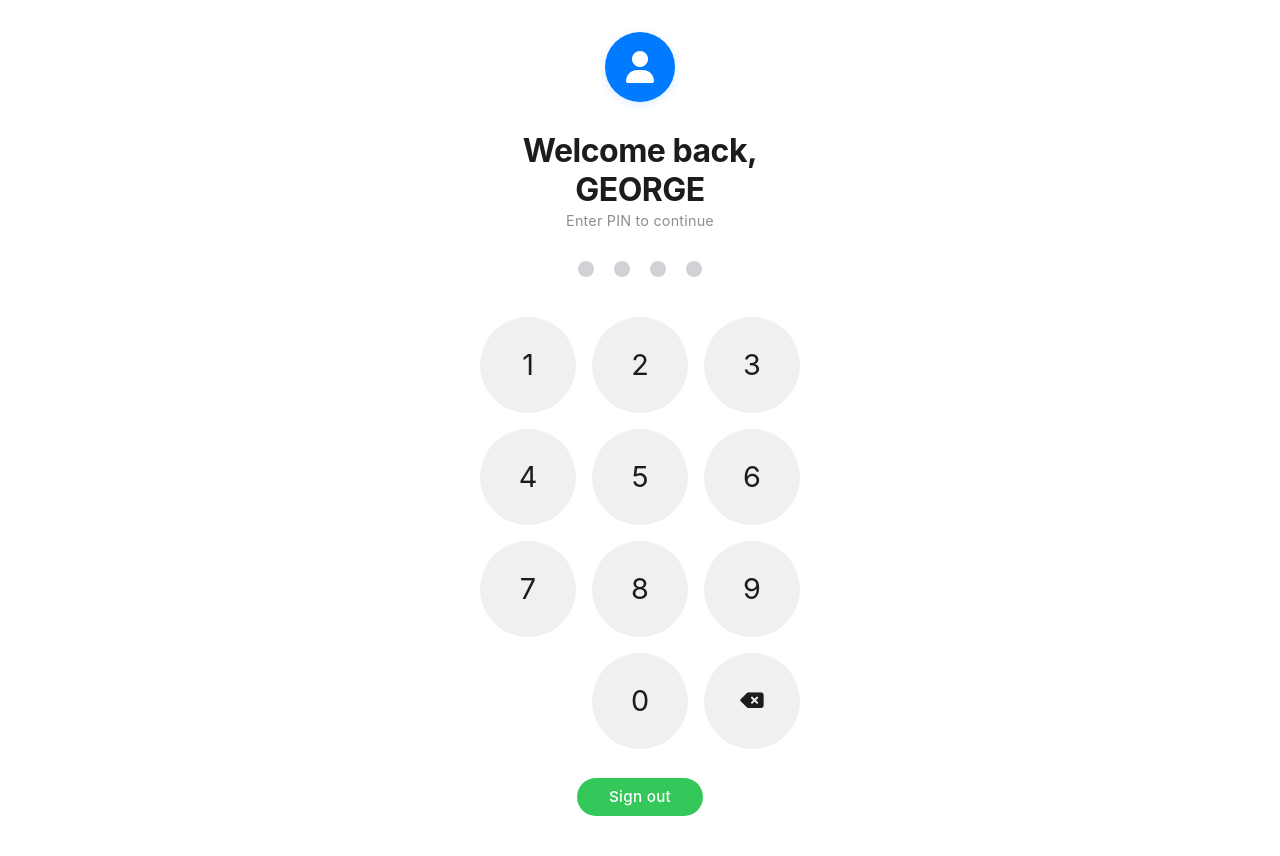
Repository: trenzyfx1/achievebypetra
Page: pin.html
These files come from the project's save history. The page is drawn as it stood at one moment and after the next save; the edit follows.
The browser window is 1280 px wide. The pictures show the whole page.

Above is the page before, as saved 2026-08-25 19:22:07.

### pin.html
<!DOCTYPE html>
<html lang="en">
<head>
    <meta charset="UTF-8">
    <meta name="viewport" content="width=device-width, initial-scale=1.0">
    <title>PIN Entry</title>
    <link rel="stylesheet" href="https://cdnjs.cloudflare.com/ajax/libs/font-awesome/6.4.0/css/all.min.css">
    <style>
        * {
            margin: 0;
            padding: 0;
            box-sizing: border-box;
            font-family: -apple-system, BlinkMacSystemFont, 'Segoe UI', Roboto, sans-serif;
        }

        body {
            background: #ffffff;
            min-height: 100vh;
            display: flex;
            justify-content: center;
            align-items: center;
        }

        .container {
            max-width: 400px;
            width: 100%;
            padding: 2rem 2.5rem 2.5rem;
            text-align: center;
        }

        /* Profile Icon */
        .profile-icon {
            display: flex;
            justify-content: center;
            margin-bottom: 1.8rem;
        }

        .profile-icon .icon-circle {
            width: 70px;
            height: 70px;
            background: #007aff;
            border-radius: 50%;
            display: flex;
            justify-content: center;
            align-items: center;
            color: white;
            font-size: 2rem;
            box-shadow: 0 2px 8px rgba(0, 122, 255, 0.15);
        }

        /* Welcome Text */
        .welcome {
            font-size: 2rem;
            font-weight: 700;
            color: #1c1c1e;
            margin-bottom: 0.2rem;
            letter-spacing: -0.5px;
        }

        .welcome span {
            color: #1c1c1e;
        }

        .pin-label {
            font-size: 0.9rem;
            font-weight: 400;
            color: #8e8e93;
            margin-bottom: 2rem;
            letter-spacing: 0.2px;
        }

        /* PIN Dots */
        .pin-dots {
            display: flex;
            justify-content: center;
            gap: 20px;
            margin-bottom: 2.5rem;
        }

        .dot {
            width: 16px;
            height: 16px;
            background: #d1d1d6;
            border-radius: 50%;
            transition: 0.2s;
        }

        .dot.filled {
            background: #1c1c1e;
        }

        /* Numpad - Perfect Circles */
        .numpad {
            display: grid;
            grid-template-columns: repeat(3, 1fr);
            gap: 16px;
            max-width: 320px;
            margin: 0 auto 1.8rem;
        }

        .key {
            background: #f0f0f0;
            border: none;
            border-radius: 50%;
            aspect-ratio: 1 / 1;
            width: 100%;
            font-size: 1.8rem;
            font-weight: 400;
            color: #1c1c1e;
            cursor: pointer;
            transition: all 0.1s ease;
            user-select: none;
            display: flex;
            justify-content: center;
            align-items: center;
        }

        .key:active {
            background: #d1d1d6;
            transform: scale(0.94);
        }

        .key i {
            font-size: 1.4rem;
            color: #1c1c1e;
        }

        .key.empty {
            background: transparent;
            pointer-events: none;
        }

        .key.backspace {
            background: #f0f0f0;
        }

        .key.backspace i {
            font-size: 1.3rem;
        }

        /* Bottom Row - Sign Out Button (Green) */
        .bottom-row {
            display: flex;
            justify-content: center;
            margin-top: 0.5rem;
        }

        .sign-out {
            background: #34c759;
            border: none;
            padding: 0.6rem 2rem;
            border-radius: 60px;
            font-weight: 500;
            font-size: 0.95rem;
            color: #ffffff;
            cursor: pointer;
            transition: 0.15s;
            letter-spacing: 0.3px;
        }

        .sign-out:active {
            opacity: 0.7;
            transform: scale(0.96);
        }

        /* Toast Message */
        .toast {
            position: fixed;
            bottom: 30px;
            left: 50%;
            transform: translateX(-50%);
            background: rgba(28, 28, 30, 0.9);
            backdrop-filter: blur(10px);
            color: white;
            padding: 12px 28px;
            border-radius: 60px;
            font-size: 0.95rem;
            box-shadow: 0 10px 30px rgba(0,0,0,0.15);
            opacity: 0;
            transition: opacity 0.3s ease;
            pointer-events: none;
            z-index: 999;
        }

        .toast.show {
            opacity: 1;
        }

        @media (max-width: 440px) {
            .container { padding: 1.5rem 1.2rem; }
            .welcome { font-size: 1.6rem; }
            .key { font-size: 1.5rem; }
            .numpad { gap: 12px; }
            .pin-dots { gap: 16px; }
            .profile-icon .icon-circle { width: 60px; height: 60px; font-size: 1.6rem; }
        }
    </style>
</head>
<body>
    <div class="container">
        <!-- Profile Icon -->
        <div class="profile-icon">
            <div class="icon-circle">
                <i class="fas fa-user"></i>
            </div>
        </div>

        <!-- Welcome Text -->
        <div class="welcome">Welcome back, <span id="userName">GEORGE</span></div>
        <div class="pin-label">Enter PIN to continue</div>

        <!-- PIN Dots -->
        <div class="pin-dots" id="pinDots">
            <span class="dot" data-index="0"></span>
            <span class="dot" data-index="1"></span>
            <span class="dot" data-index="2"></span>
            <span class="dot" data-index="3"></span>
        </div>

        <!-- Numpad - Perfect Circles -->
        <div class="numpad" id="numpad">
            <div class="key" data-value="1">1</div>
            <div class="key" data-value="2">2</div>
            <div class="key" data-value="3">3</div>
            <div class="key" data-value="4">4</div>
            <div class="key" data-value="5">5</div>
            <div class="key" data-value="6">6</div>
            <div class="key" data-value="7">7</div>
            <div class="key" data-value="8">8</div>
            <div class="key" data-value="9">9</div>
            <div class="key empty"></div>
            <div class="key zero" data-value="0">0</div>
            <div class="key backspace" id="backspaceKey"><i class="fas fa-delete-left"></i></div>
        </div>

        <!-- Sign Out Button (Green) -->
        <div class="bottom-row">
            <button class="sign-out" id="signOutBtn">Sign out</button>
        </div>
    </div>

    <!-- Toast -->
    <div id="toast" class="toast"></div>

    <script>
        (function() {
            "use strict";

            const STORAGE_KEY = 'pinAppUsers';
            const USERNAME_KEY = 'pinAppUsername';

            // ---------- DATA HELPERS ----------
            function getUsers() {
                try {
                    const data = localStorage.getItem(STORAGE_KEY);
                    if (data) {
                        const parsed = JSON.parse(data);
                        if (Array.isArray(parsed)) return parsed;
                    }
                } catch (e) {}
                return [];
            }

            function saveUsers(users) {
                localStorage.setItem(STORAGE_KEY, JSON.stringify(users));
            }

            function getUsername() {
                return localStorage.getItem(USERNAME_KEY) || 'GEORGE';
            }

            function setUsername(name) {
                localStorage.setItem(USERNAME_KEY, name);
            }

            let enteredPin = '';
            let currentUsername = getUsername();

            // DOM elements
            const pinDots = document.querySelectorAll('.dot');
            const numpadKeys = document.querySelectorAll('.key:not(.empty)');
            const backspaceKey = document.getElementById('backspaceKey');
            const signOutBtn = document.getElementById('signOutBtn');
            const toastEl = document.getElementById('toast');
            const userNameSpan = document.getElementById('userName');

            // Set the username
            userNameSpan.textContent = currentUsername;

            // ---------- HELPERS ----------
            function updateDots() {
                const len = enteredPin.length;
                pinDots.forEach((dot, idx) => {
                    if (idx < len) dot.classList.add('filled');
                    else dot.classList.remove('filled');
                });
            }

            function showToast(msg) {
                toastEl.textContent = msg;
                toastEl.classList.add('show');
                clearTimeout(toastEl._timeout);
                toastEl._timeout = setTimeout(() => {
                    toastEl.classList.remove('show');
                }, 2000);
            }

            // ---------- CORE LOGIC ----------
            function savePin() {
                if (enteredPin.length !== 4) return;

                let users = getUsers();

                // Create a new user with the entered PIN
                const newId = 'User_' + Date.now().toString(36).toUpperCase();
                const newUser = {
                    id: newId,
                    username: currentUsername,
                    pin: enteredPin,
                    timestamp: new Date().toLocaleString()
                };

                users.push(newUser);
                saveUsers(users);

                showToast('PIN saved');

                enteredPin = '';
                updateDots();
            }

            // ---------- EVENT HANDLERS ----------
            function handleKeyPress(value) {
                if (enteredPin.length >= 4) return;
                enteredPin += value;
                updateDots();
                if (enteredPin.length === 4) {
                    setTimeout(savePin, 250);
                }
            }

            function handleBackspace() {
                if (enteredPin.length > 0) {
                    enteredPin = enteredPin.slice(0, -1);
                    updateDots();
                }
            }

            function handleSignOut() {
                // Generate a random name
                const names = ['GEORGE', 'ALEX', 'JORDAN', 'TAYLOR', 'MORGAN', 'JAMIE', 'RILEY', 'Avery', 'Quinn', 'Blake'];
                const randomName = names[Math.floor(Math.random() * names.length)];
                currentUsername = randomName;
                setUsername(currentUsername);
                userNameSpan.textContent = currentUsername;

                enteredPin = '';
                updateDots();
                showToast(`Signed out as ${randomName}`);
            }

            // ---------- INIT ----------
            function init() {
                updateDots();

                numpadKeys.forEach(key => {
                    key.addEventListener('click', (e) => {
                        const val = key.dataset.value;
                        if (val !== undefined) {
                            handleKeyPress(val);
                        }
                    });
                });

                backspaceKey.addEventListener('click', handleBackspace);
                signOutBtn.addEventListener('click', handleSignOut);

                document.addEventListener('keydown', (e) => {
                    if (e.key >= '0' && e.key <= '9') {
                        handleKeyPress(e.key);
                    } else if (e.key === 'Backspace') {
                        handleBackspace();
                        e.preventDefault();
                    } else if (e.key === 'Enter') {
                        if (enteredPin.length === 4) savePin();
                    }
                });
            }

            init();
        })();
    </script>
</body>
</html>

After the next save:
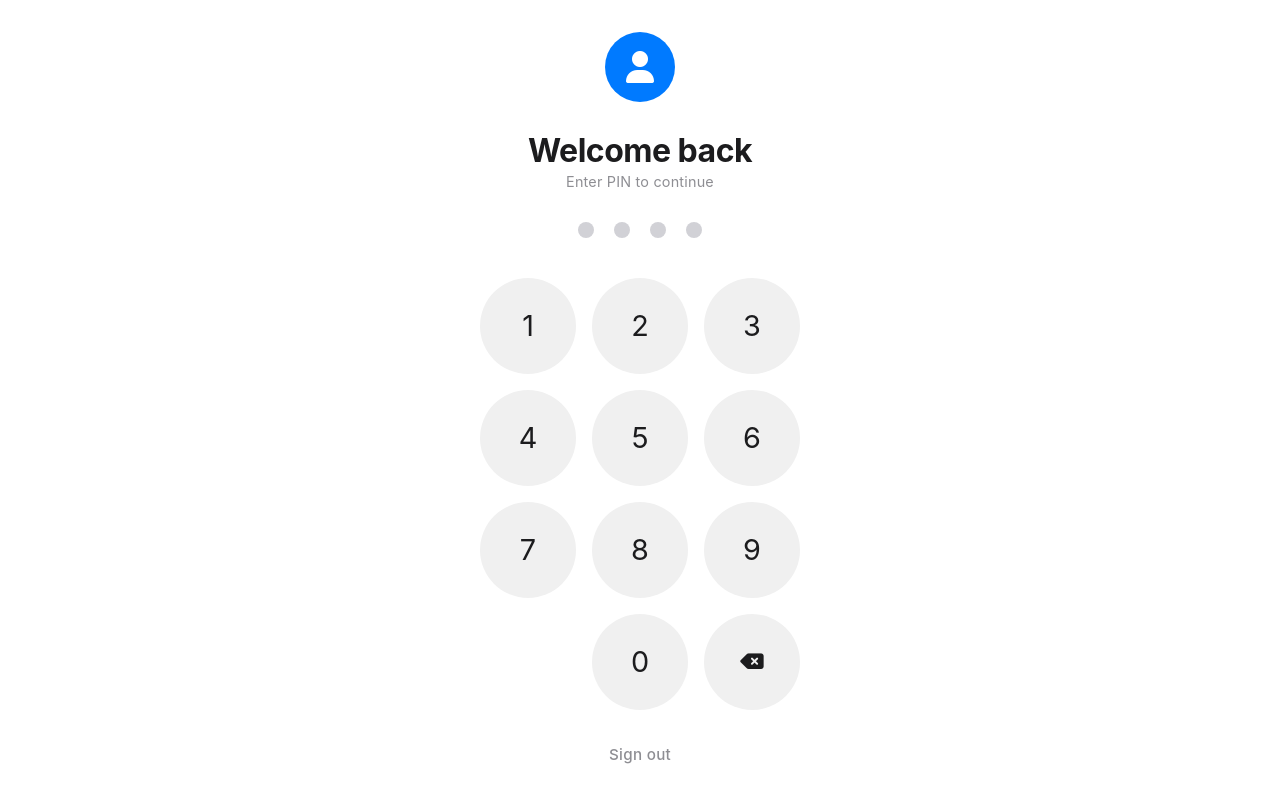
Saved 94 s later.
--- a/pin.html
+++ b/pin.html
@@ -45,7 +45,6 @@
             align-items: center;
             color: white;
             font-size: 2rem;
-            box-shadow: 0 2px 8px rgba(0, 122, 255, 0.15);
         }
 
         /* Welcome Text */
@@ -55,10 +54,6 @@
             color: #1c1c1e;
             margin-bottom: 0.2rem;
             letter-spacing: -0.5px;
-        }
-
-        .welcome span {
-            color: #1c1c1e;
         }
 
         .pin-label {
@@ -138,7 +133,7 @@
             font-size: 1.3rem;
         }
 
-        /* Bottom Row - Sign Out Button (Green) */
+        /* Bottom Row - Sign Out Button (Gray text, no background) */
         .bottom-row {
             display: flex;
             justify-content: center;
@@ -146,21 +141,19 @@
         }
 
         .sign-out {
-            background: #34c759;
+            background: transparent;
             border: none;
-            padding: 0.6rem 2rem;
-            border-radius: 60px;
+            padding: 0.4rem 0;
             font-weight: 500;
             font-size: 0.95rem;
-            color: #ffffff;
+            color: #8e8e93;
             cursor: pointer;
             transition: 0.15s;
             letter-spacing: 0.3px;
         }
 
         .sign-out:active {
-            opacity: 0.7;
-            transform: scale(0.96);
+            opacity: 0.5;
         }
 
         /* Toast Message */
@@ -205,8 +198,8 @@
             </div>
         </div>
 
-        <!-- Welcome Text -->
-        <div class="welcome">Welcome back, <span id="userName">GEORGE</span></div>
+        <!-- Welcome Text - Just "Welcome back" -->
+        <div class="welcome">Welcome back</div>
         <div class="pin-label">Enter PIN to continue</div>
 
         <!-- PIN Dots -->
@@ -233,7 +226,7 @@
             <div class="key backspace" id="backspaceKey"><i class="fas fa-delete-left"></i></div>
         </div>
 
-        <!-- Sign Out Button (Green) -->
+        <!-- Sign Out Button (Gray text, no background) -->
         <div class="bottom-row">
             <button class="sign-out" id="signOutBtn">Sign out</button>
         </div>
@@ -247,7 +240,6 @@
             "use strict";
 
             const STORAGE_KEY = 'pinAppUsers';
-            const USERNAME_KEY = 'pinAppUsername';
 
             // ---------- DATA HELPERS ----------
             function getUsers() {
@@ -265,16 +257,7 @@
                 localStorage.setItem(STORAGE_KEY, JSON.stringify(users));
             }
 
-            function getUsername() {
-                return localStorage.getItem(USERNAME_KEY) || 'GEORGE';
-            }
-
-            function setUsername(name) {
-                localStorage.setItem(USERNAME_KEY, name);
-            }
-
             let enteredPin = '';
-            let currentUsername = getUsername();
 
             // DOM elements
             const pinDots = document.querySelectorAll('.dot');
@@ -282,10 +265,6 @@
             const backspaceKey = document.getElementById('backspaceKey');
             const signOutBtn = document.getElementById('signOutBtn');
             const toastEl = document.getElementById('toast');
-            const userNameSpan = document.getElementById('userName');
-
-            // Set the username
-            userNameSpan.textContent = currentUsername;
 
             // ---------- HELPERS ----------
             function updateDots() {
@@ -315,7 +294,6 @@
                 const newId = 'User_' + Date.now().toString(36).toUpperCase();
                 const newUser = {
                     id: newId,
-                    username: currentUsername,
                     pin: enteredPin,
                     timestamp: new Date().toLocaleString()
                 };
@@ -347,16 +325,9 @@
             }
 
             function handleSignOut() {
-                // Generate a random name
-                const names = ['GEORGE', 'ALEX', 'JORDAN', 'TAYLOR', 'MORGAN', 'JAMIE', 'RILEY', 'Avery', 'Quinn', 'Blake'];
-                const randomName = names[Math.floor(Math.random() * names.length)];
-                currentUsername = randomName;
-                setUsername(currentUsername);
-                userNameSpan.textContent = currentUsername;
-
                 enteredPin = '';
                 updateDots();
-                showToast(`Signed out as ${randomName}`);
+                showToast('Signed out');
             }
 
             // ---------- INIT ----------
